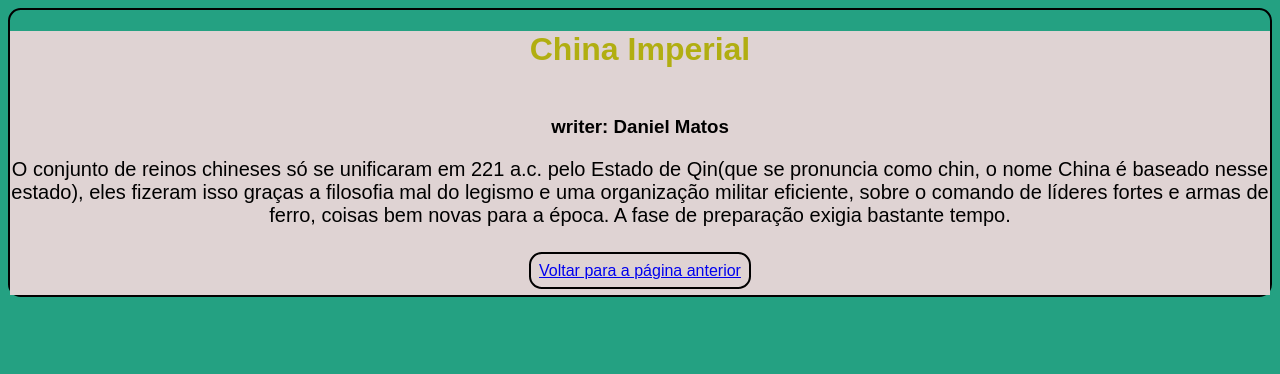
Repository: batmit/FutureFundation.github.io-1
Page: menu/articles/history/ancient/china/china.html
The author's editor kept a copy of each file at every save. The page is drawn from the files as they stood at one save, then again after the next save.
The browser window is 1280 px wide. The pictures show the whole page.

Above is the page before, as saved 2021-09-26 13:25:27.

### menu/articles/history/ancient/china/china.html
<!DOCTYPE html>
<html lang="pt-BR">
<head>
    <meta charset="UTF-8">
    <meta http-equiv="X-UA-Compatible" content="IE=edge">
    <meta name="viewport" content="width=device-width, initial-scale=1.0">
    <title>China Imperial</title>
    <link rel="stylesheet" href="/menu/main.css">
</head>
<body>
    <div id="all">
        <header>
            <h1>China Imperial</h1>
            <h3>writer: Daniel Matos</h3>
        </header>

        <p>O conjunto de reinos chineses só se unificaram em 221 a.c. pelo Estado de Qin(que se pronuncia como chin, o nome China é baseado nesse estado), eles fizeram isso graças a filosofia mal do legismo e uma organização militar eficiente, sobre o comando de líderes fortes e armas de ferro, coisas bem novas para a época. A fase de preparação exigia bastante tempo. </p>

        <p></p>




        <a href="/menu/articles/history/history.html">Voltar para a página anterior</a>
    </div>
</body>
</html>

### menu/main.css
body{

    text-align: center;

    border: black 2px solid;

    border-radius: 0.8rem;

    font-family: 'Ubuntu', arial;

    background-color: rgb(36, 161, 130);


}

#articles {
    gap: 3px;
}

#all{

    background-color: rgb(223, 211, 211);

}


#codigo{
    text-align:left;

}


img{
    text-align: center;
    justify-content: center;

}

p{
    font-size: 20px;
    font-family: 'Ubuntu', arial;
}

a{
    border: 2px solid black;

    border-radius: 0.8rem;

    box-sizing: border-box;

    padding: 0.5rem;

    line-height:3rem;

    margin: 2px;


}

a:hover{

    background-color:#F0FFFF;

}

h1{

    margin-bottom: 3rem;

    color: rgb(177, 174, 17);

}

audio {
    -webkit-transition:all 0.5s linear;
    -moz-transition:all 0.5s linear;
    -o-transition:all 0.5s linear;
    transition:all 0.5s linear;
    -moz-box-shadow: 2px 2px 4px 0px #006773;
    -webkit-box-shadow:  2px 2px 4px 0px #006773;
    box-shadow: 2px 2px 4px 0px #006773;
    -moz-border-radius:7px 7px 7px 7px ;
    -webkit-border-radius:7px 7px 7px 7px ;
    border-radius:7px 7px 7px 7px ;
}

audio:hover, audio:focus, audio:active {

-webkit-box-shadow: 15px 15px 20px rgba(0,0, 0, 0.4);
-moz-box-shadow: 15px 15px 20px rgba(0,0, 0, 0.4);
box-shadow: 15px 15px 20px rgba(0,0, 0, 0.4);
-webkit-transform: scale(1.05);
-moz-transform: scale(1.05);
transform: scale(1.05);

}



@media (max-width: 900px) {


    a{

        display: block;
        line-height: 0.5rem;
        padding: 1rem;

    }

    #img{
        text-align: right;
    }

}

@media (prefers-color-scheme: dark) {
    #all{

        background-color: rgb(90, 73, 73);

    }

    h1{
        color: white
    }

    p{
        color: white;
    }

    a{
        background-color: aqua;
    }

    h3{
        color: white;
    }

    strong {
        color: white;
    }


}

After the next save:
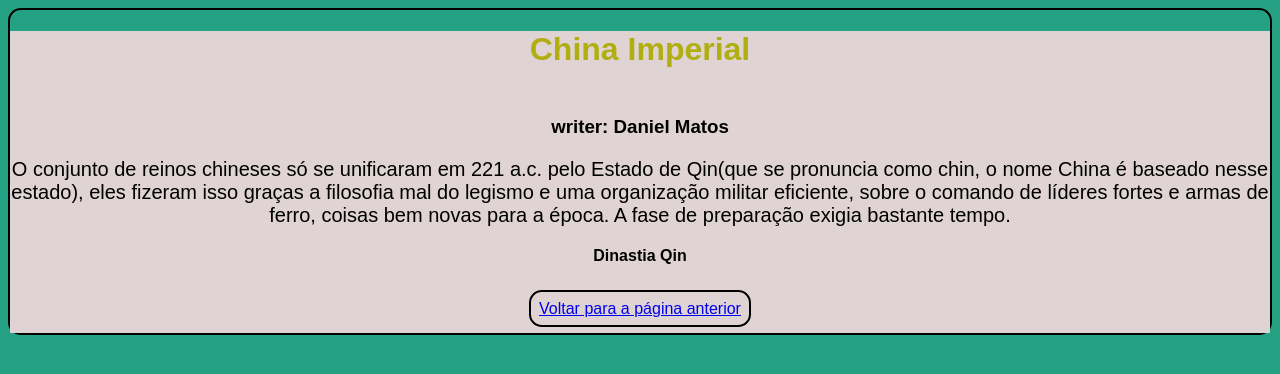
Saved 15 s later.
--- a/menu/articles/history/ancient/china/china.html
+++ b/menu/articles/history/ancient/china/china.html
@@ -16,6 +16,8 @@
 
         <p>O conjunto de reinos chineses só se unificaram em 221 a.c. pelo Estado de Qin(que se pronuncia como chin, o nome China é baseado nesse estado), eles fizeram isso graças a filosofia mal do legismo e uma organização militar eficiente, sobre o comando de líderes fortes e armas de ferro, coisas bem novas para a época. A fase de preparação exigia bastante tempo. </p>
 
+        <strong> Dinastia Qin</strong>
+
         <p></p>
 
 
